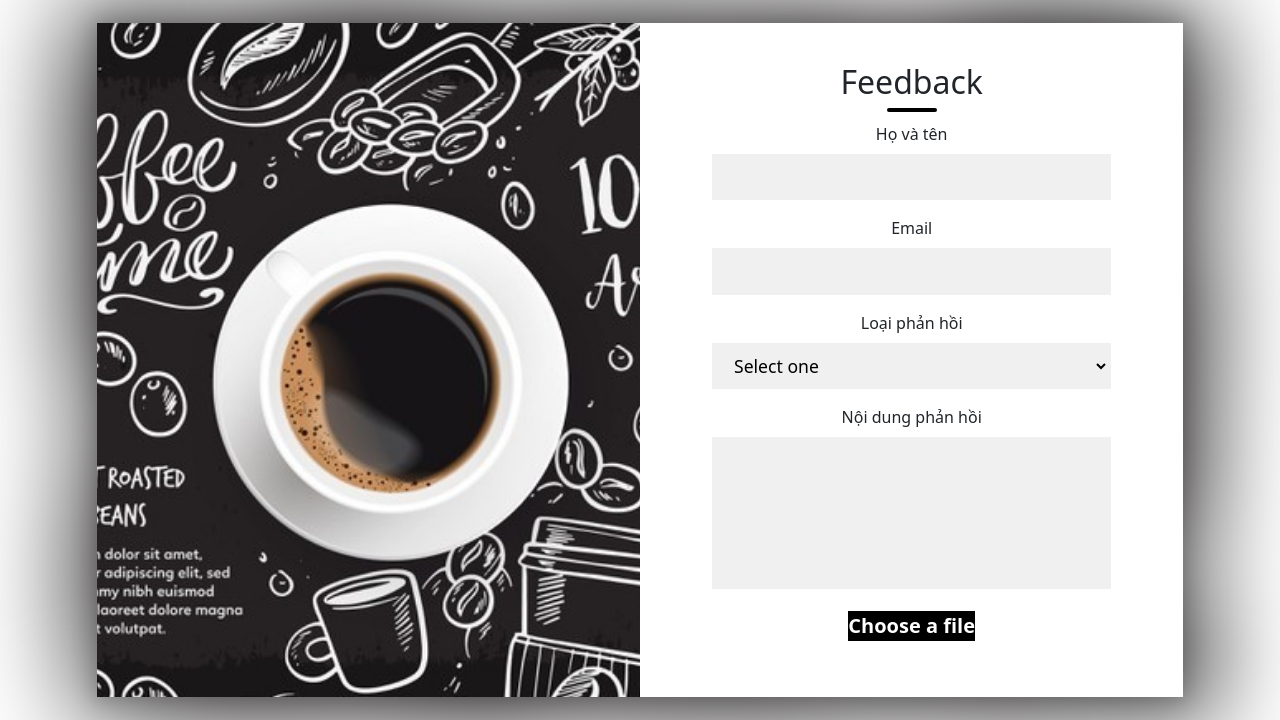
Repository: LeDongGyC/html-css
Page: HTML CSS/prototype/index.html
The author's editor kept a copy of each file at every save. The page is drawn from the files as they stood at one save, then again after the next save.
The browser window is 1280 px wide. The pictures show the whole page.
The style sheet was rebuilt from its Sass, Less or Tailwind sources for each picture, by a compiler version that may differ from the author's.

Above is the page before, as saved 2023-05-24 10:25:24.

After the next save:
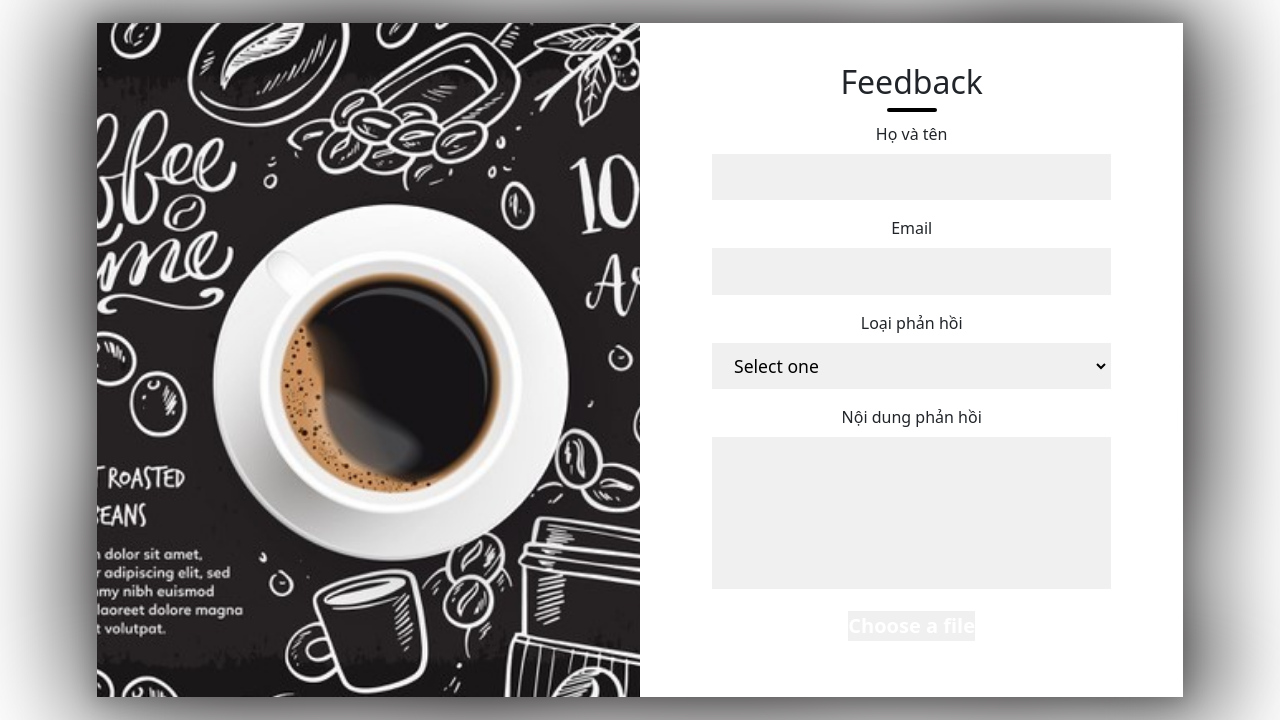
Saved 48 s later.
--- a/HTML CSS/prototype/style.scss
+++ b/HTML CSS/prototype/style.scss
@@ -101,7 +101,7 @@
     font-size: 1.25em;
     font-weight: 700;
     color: white;
-    background-color: black;
+    background-color: rgba(230, 230, 230, 0.6);
     display: inline-block;
     cursor: pointer;
 }
